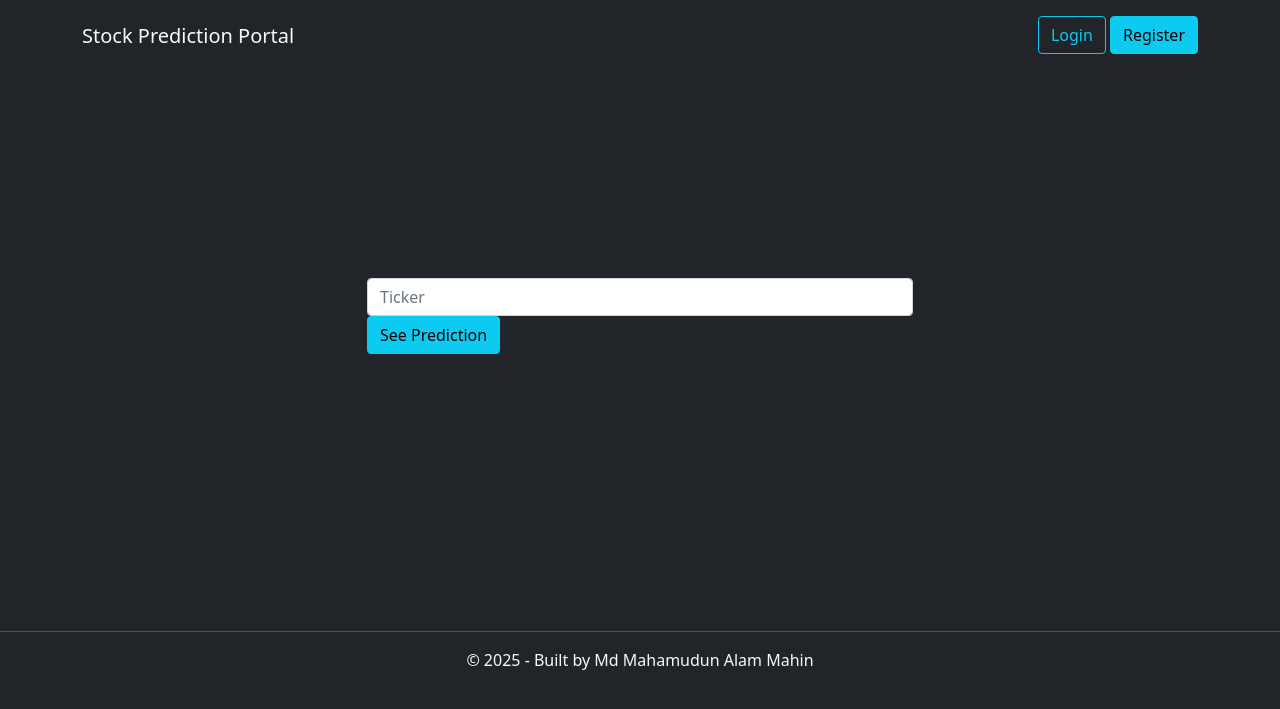
Repository: killerTiger10/stock-prediction-portal
Page: /dashboard (app in frontend-react/)
The author's editor kept a copy of each file at every save. The page is drawn from the files as they stood at one save, then again after the next save.
The browser window is 1280 px wide. The pictures show the whole page.
The page's requests for data from a server got no answer. The project was rebuilt for these pictures with package versions that can differ from the ones it lists, and the page was loaded fresh each time. No one was signed in, and anything a server would have sent is missing. Also part of the build but not shown: frontend-react/vite.config.js, frontend-react/src/components/Main.jsx, frontend-react/src/components/Register.jsx, frontend-react/src/components/Login.jsx, frontend-react/src/PrivateRoute.jsx, frontend-react/src/components/PublicRoute.jsx.

Above is the page before, as saved 2025-06-25 11:29:05.

### frontend-react/index.html
<!DOCTYPE html>
<html lang="en">
  <head>
    <meta charset="UTF-8" />
    <link rel="icon" type="image/svg+xml" href="/vite.svg" />
    <meta name="viewport" content="width=device-width, initial-scale=1.0" />
    <title>Stock Prediction Portal</title>
    <link
      href="https://cdn.jsdelivr.net/npm/bootstrap@5.0.2/dist/css/bootstrap.min.css"
      rel="stylesheet"
    />
  </head>
  <body>
    <div id="root"></div>
    <script type="module" src="/src/main.jsx"></script>
    <script src="https://cdn.jsdelivr.net/npm/bootstrap@5.0.2/dist/js/bootstrap.bundle.min.js"></script>
  </body>
</html>

### frontend-react/src/App.jsx
import { useState } from "react";
import "./assets/css/style.css";
import Footer from "./components/Footer";
import Header from "./components/Header";
import Main from "./components/Main";
import { BrowserRouter, Routes, Route } from "react-router-dom";
import Register from "./components/Register";
import Login from "./components/Login";
import AuthProvider from "./AuthProvider";
import Dashboard from "./components/dashboard/Dashboard";
import PrivateRoute from "./PrivateRoute";
import PublicRoute from "./components/PublicRoute";
function App() {
  return (
    <>
      <AuthProvider>
        <BrowserRouter>
          <Header />
          <Routes>
            <Route path="/" element={<Main />} />
            <Route
              path="/register"
              element={
                <PublicRoute>
                  <Register />
                </PublicRoute>
              }
            />
            <Route
              path="/login"
              element={
                <PublicRoute>
                  <Login />
                </PublicRoute>
              }
            />
            <Route
              path="/dashboard"
              element={
                <PrivateRoute>
                  <Dashboard />
                </PrivateRoute>
              }
            />
          </Routes>
          <Footer />
        </BrowserRouter>
      </AuthProvider>
    </>
  );
}

export default App;

### frontend-react/src/assets/css/style.css
body {
  background-color: #212529;
}

.bg-light-dark {
  background-color: #2b3035;
}

#root {
  display: flex;
  flex-direction: column;
  min-height: 100vh;
}

.container {
  flex: 1;
}

### frontend-react/src/components/Footer.jsx
import React from "react";

const Footer = () => {
  return (
    <>
      <footer className="footer py-3 my-3">
        <hr className="border-bottom" />
        <p className="text-light text-center">
          &copy; 2025 - Built by Md Mahamudun Alam Mahin
        </p>
      </footer>
    </>
  );
};

export default Footer;

### frontend-react/src/components/Header.jsx
import React from "react";
import Button from "./Button";
import { Link, useNavigate } from "react-router-dom";
import { useContext } from "react";
import { AuthContext } from "../AuthProvider";

const Header = () => {
  const { isLoggedIn, setIsLoggedIn } = useContext(AuthContext);
  const navigate = useNavigate();
  const handleLogout = () => {
    localStorage.removeItem("accessToken");
    localStorage.removeItem("refreshToken");
    setIsLoggedIn(false);
    console.log("Logged Out");
    navigate("/login");
  };

  return (
    <>
      <nav className="navbar container pt-3 pb-3 align-items-start">
        <Link className="navbar-brand text-light" to="/">
          Stock Prediction Portal
        </Link>
        <div>
          {isLoggedIn ? (
            <>
              <Button text="Dashboard" class="btn-info" url="/dashboard" />
              &nbsp;
              <button className="btn btn-danger" onClick={handleLogout}>
                Logout
              </button>
            </>
          ) : (
            <>
              <Button text="Login" class="btn-outline-info" url="/login" />
              &nbsp;
              <Button text="Register" class="btn-info" url="/register" />
            </>
          )}
        </div>
      </nav>
    </>
  );
};

export default Header;

### frontend-react/src/AuthProvider.jsx
import { useState, useContext, createContext } from "react";

// Create the Context
const AuthContext = createContext();

const AuthProvider = ({ children }) => {
  // childrens are basically other components
  const [isLoggedIn, setIsLoggedIn] = useState(
    !!localStorage.getItem("accessToken")
  );

  return (
    <AuthContext.Provider value={{ isLoggedIn, setIsLoggedIn }}>
      {children}
    </AuthContext.Provider>
  );
};

export default AuthProvider;
export { AuthContext };

### frontend-react/src/components/dashboard/Dashboard.jsx
import React, { useEffect, useState } from "react";
import axiosInstance from "../../axiosInstance";

const Dashboard = () => {
  const [ticker, setTicker] = useState();

  useEffect(() => {
    const fetchProtectedData = async () => {
      try {
        const response = await axiosInstance.get("/protected-view/");
        console.log("Success:", response.data);
      } catch (error) {
        console.error("Errorfetching data: ", error);
      }
    };
    fetchProtectedData();
  }, []);

  return (
    <>
      <div className="container">
        <div className="row">
          <div className="col-md-6 mx-auto">
            <form>
              <input
                type="text"
                className="form-control"
                placeholder="Ticker"
                onChange={(e) => {
                  set;
                }}
              />
              <button type="submit" className="btn btn-info">
                See Prediction
              </button>
            </form>
          </div>
        </div>
      </div>
      ;
    </>
  );
};

export default Dashboard;

### frontend-react/src/components/Button.jsx
import React from "react";
import { Link } from "react-router-dom";

const Button = (props) => {
  return (
    <>
      <Link className={`btn ${props.class}`} to={props.url}>
        {props.text}
      </Link>
    </>
  );
};

export default Button;

### frontend-react/src/axiosInstance.jsx
import axios from "axios";

// Axios instance configured with request interceptor

const basURL = import.meta.env.VITE_BACKEND_BASE_API;
const axiosInstance = axios.create({
  baseURL: basURL,
  headers: {
    "Content-Type": "application/json",
  },
});

// Request Interceptor
axiosInstance.interceptors.request.use(
  function (config) {
    const accessToken = localStorage.getItem("accessToken");
    if (accessToken) {
      config.headers["Authorization"] = `Bearer ${accessToken}`;
    }
    return config;
  },
  function (error) {
    return Promise.reject(error);
  }
);

// Response Interceptor
axiosInstance.interceptors.response.use(
  function (response) {
    return response;
  },
  // Handle failed responses
  async function (error) {
    const originalRequest = error.config;
    if (error.response.status === 401 && !originalRequest.retry) {
      originalRequest.retry = true;
      const refreshToken = localStorage.getItem("refreshToken");
      try {
        const response = await axiosInstance.post("token/refresh/", {
          refresh: refreshToken,
        });
        localStorage.setItem("accessToken", response.data.access);
        originalRequest.headers[
          "Authorization"
        ] = `Bearer ${response.data.access}`;
        return axiosInstance(originalRequest);
      } catch (error) {
        localStorage.removeItem("accessToken");
        localStorage.removeItem("refreshToken");
        window.location.href = "/login";
      }
    }
    return Promise.reject(error);
  }
);

export default axiosInstance;

Loaded but not shown: frontend-react/src/main.jsx (common file)

After the next save:
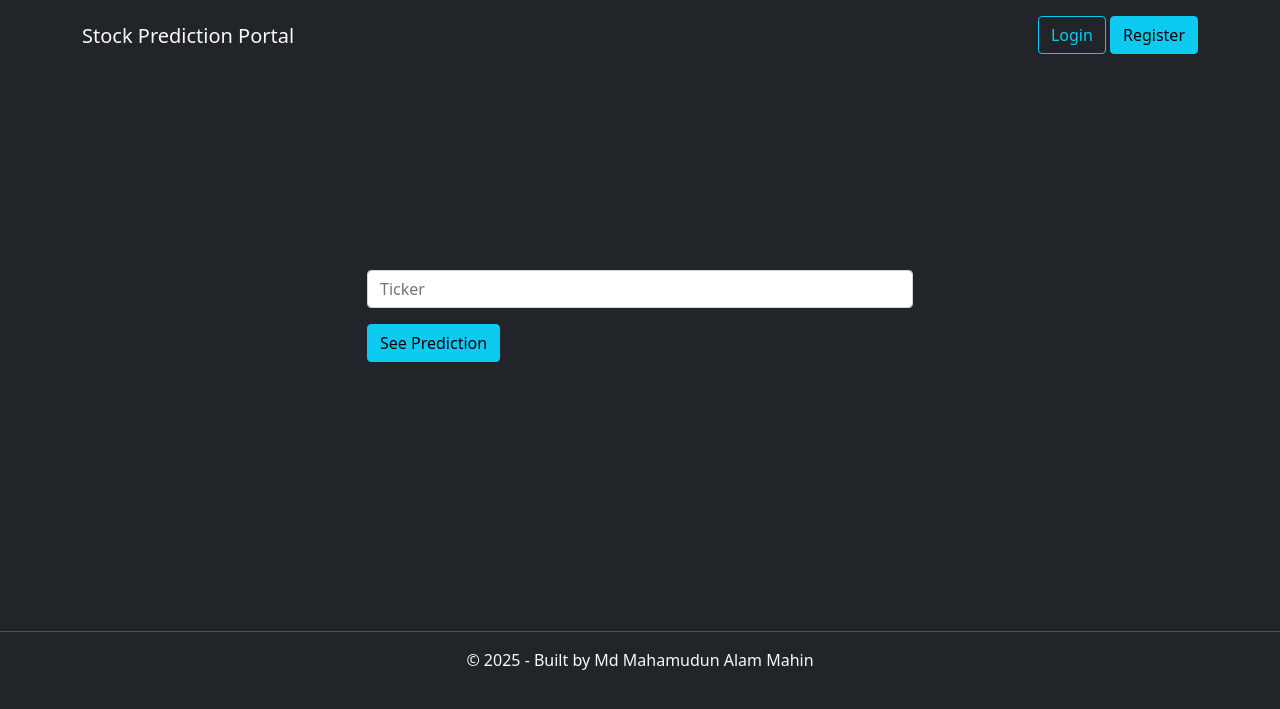
Saved 4 min 37 s later.
--- a/frontend-react/src/components/dashboard/Dashboard.jsx
+++ b/frontend-react/src/components/dashboard/Dashboard.jsx
@@ -30,7 +30,7 @@ const Dashboard = () => {
                   set;
                 }}
               />
-              <button type="submit" className="btn btn-info">
+              <button type="submit" className="btn btn-info mt-3">
                 See Prediction
               </button>
             </form>
